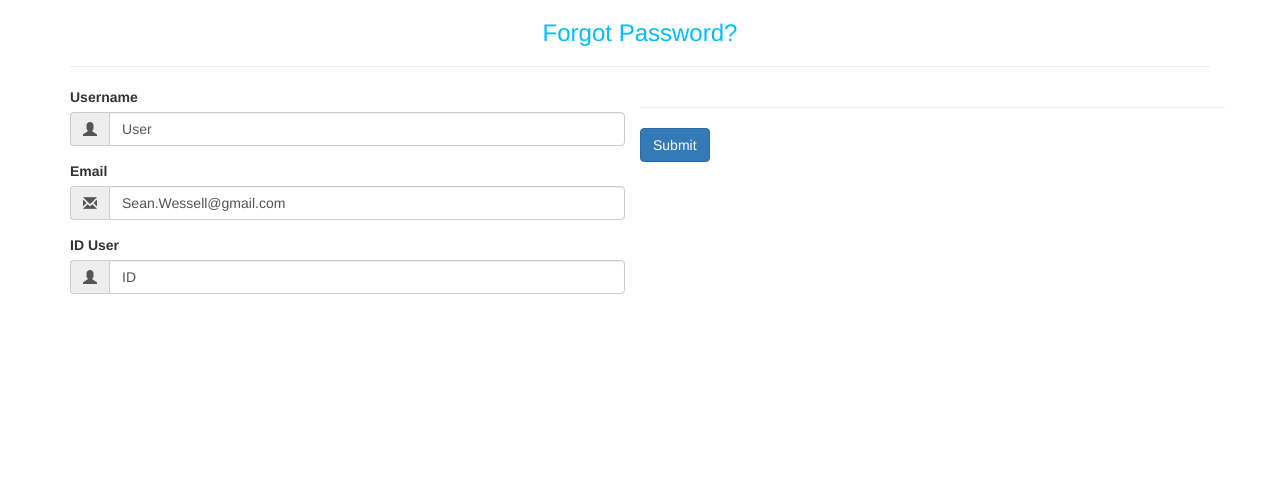
Repository: phamtailinh/webtintuc
Page: http://localhost/doicapdat/Quenmk.jsp
An editor plug-in stored every save of this project. The page is shown before and after the next save, followed by the edit.
The browser window is 1280 px wide. The pictures show the whole page.
Some web libraries are served in a nearby version. The page is served by Tomcat 9.

Above is the page before, as saved 2022-01-07 08:45:17.
Console error (its wording comes from the project's code and is left out).

After the next save:
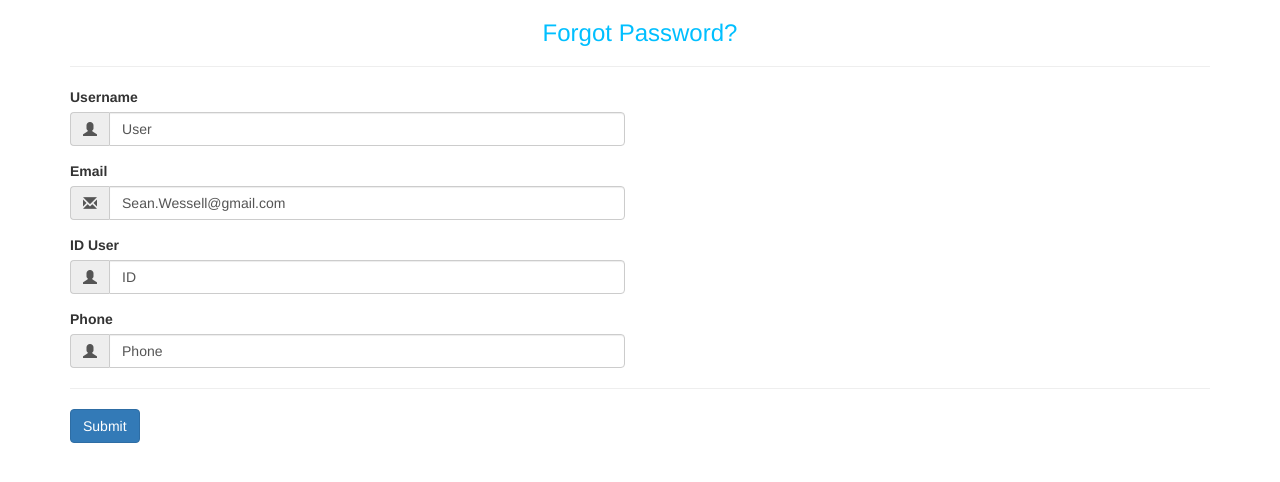
Saved 79 s later.
--- a/doicapdat/src/main/webapp/Quenmk.jsp
+++ b/doicapdat/src/main/webapp/Quenmk.jsp
@@ -117,7 +117,15 @@
 							class="form-control" name="Username" id="Username"
 							placeholder="Requested Username" required value="ID">
 					</div>
-            </div><br>
+            </div>
+             <label>Phone</label>
+					<div class="input-group">
+						<span class="input-group-addon"><span
+							class="glyphicon glyphicon-user"></span></span> <input type="text"
+							class="form-control" name="Username" id="Username"
+							placeholder="Requested Username" required value="Phone">
+					</div>
+            </div>
 
 
 			</div>
